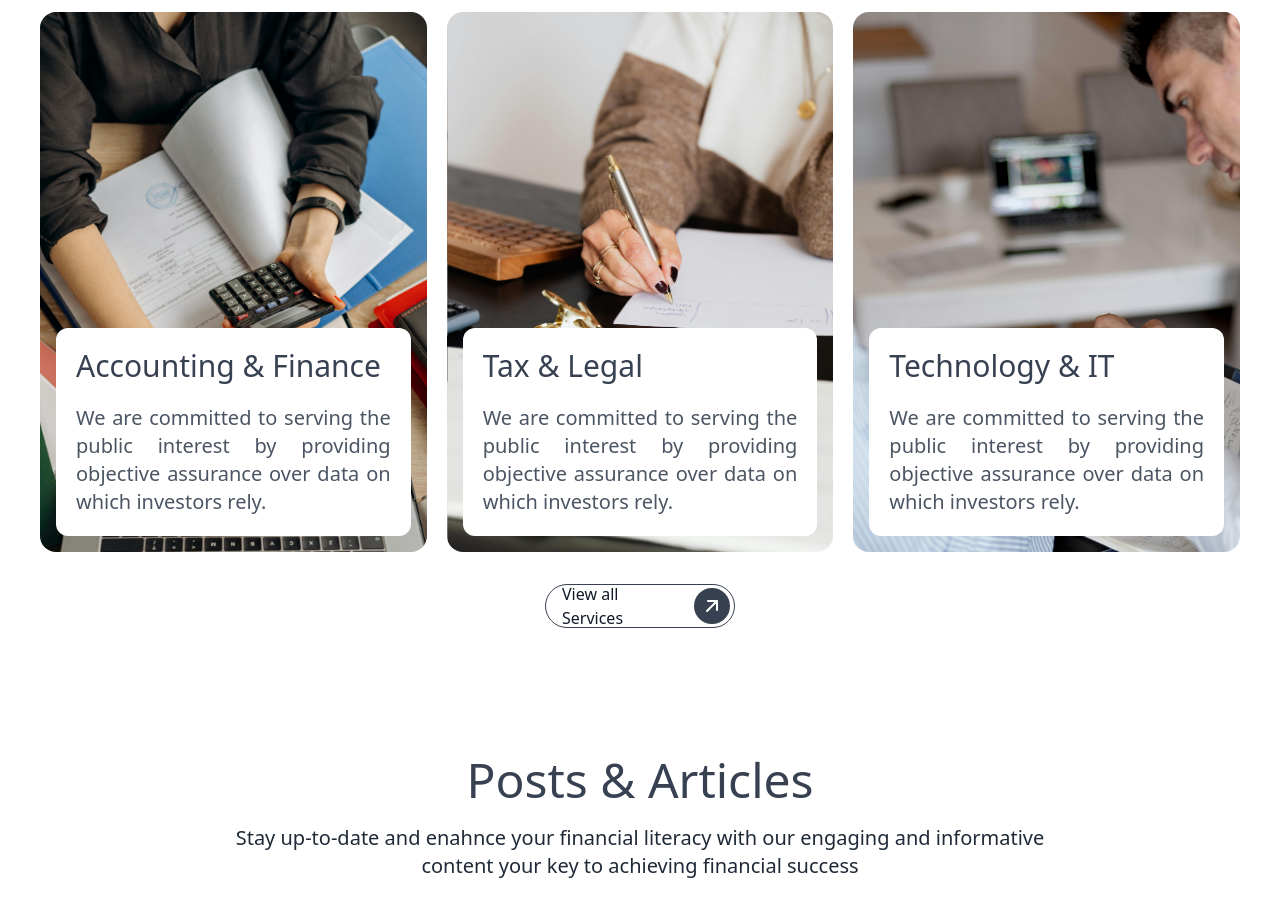
Repository: vespersolutionspk18/integrast-website
Page: /
An editor plug-in stored every save of this project. The page is shown before and after the next save, followed by the edit.
The browser window is 1280 px wide. The pictures show the part of the page from y = 1134 to 2086 px (the page is 2054 px tall before and 2086 px after).
The project was rebuilt for these pictures with package versions that can differ from the ones it lists, and the page was loaded fresh each time. The framework's server and built-in components were replaced by stand-ins that run in the browser. Also part of the build but not shown: next.config.ts.

Above is the page before, as saved 2024-12-09 16:44:18.

After the next save:
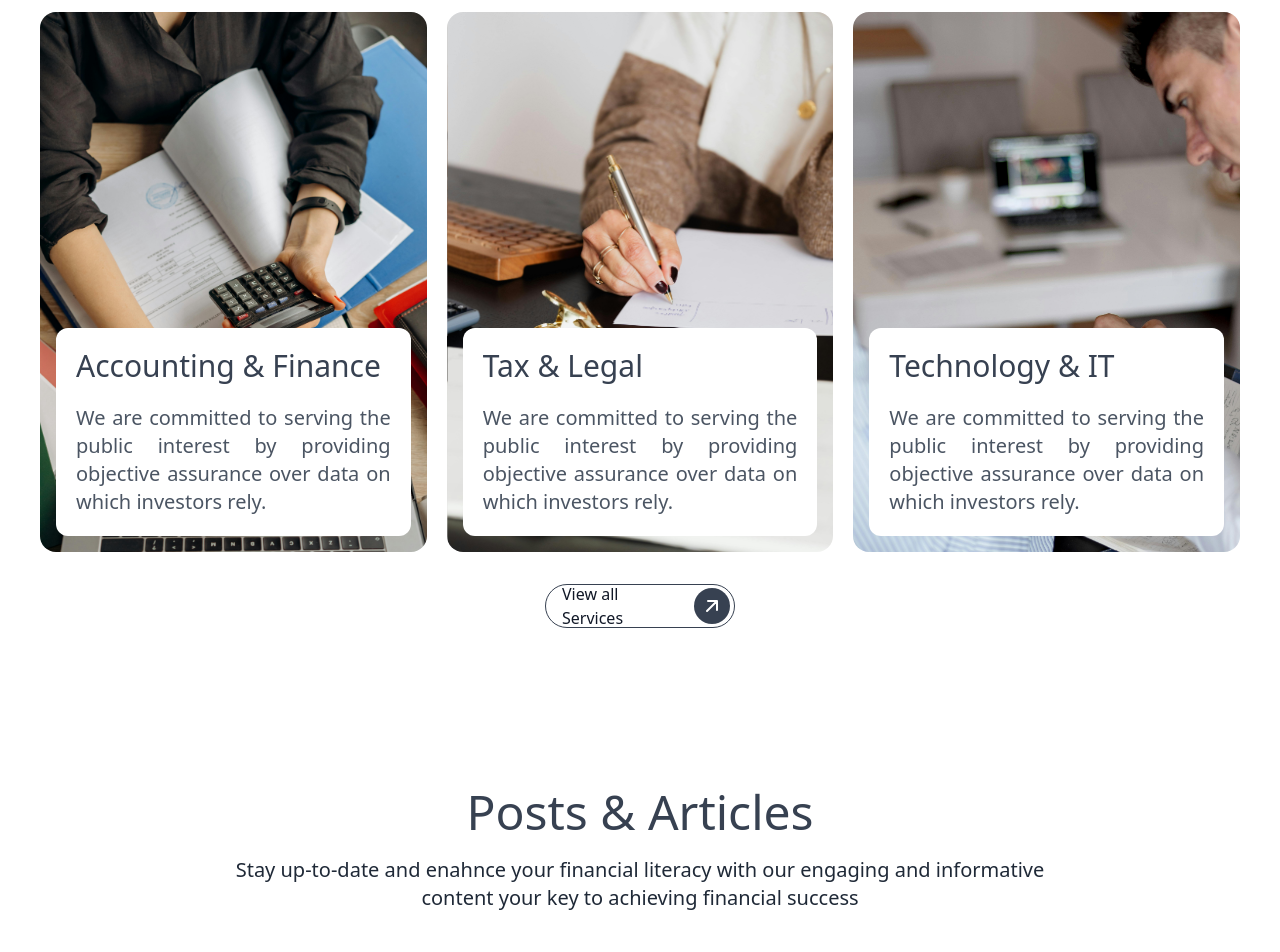
Saved 4 s later.
--- a/app/Postsart.tsx
+++ b/app/Postsart.tsx
@@ -2,7 +2,7 @@ import React from 'react'
 
 const Postsart = () => {
   return (
-    <div className="flex flex-col p-10 items-center mt-12">
+    <div className="flex flex-col p-10 items-center mt-20">
         <h2 className="text-5xl font-sans text-gray-700 font-light">Posts & Articles</h2>
         <p className="font-sans text-xl text-gray-800 font-light text-center mt-5">Stay up-to-date and enahnce your financial literacy with our engaging and informative<br></br>content your key to achieving financial success</p>
     </div>
